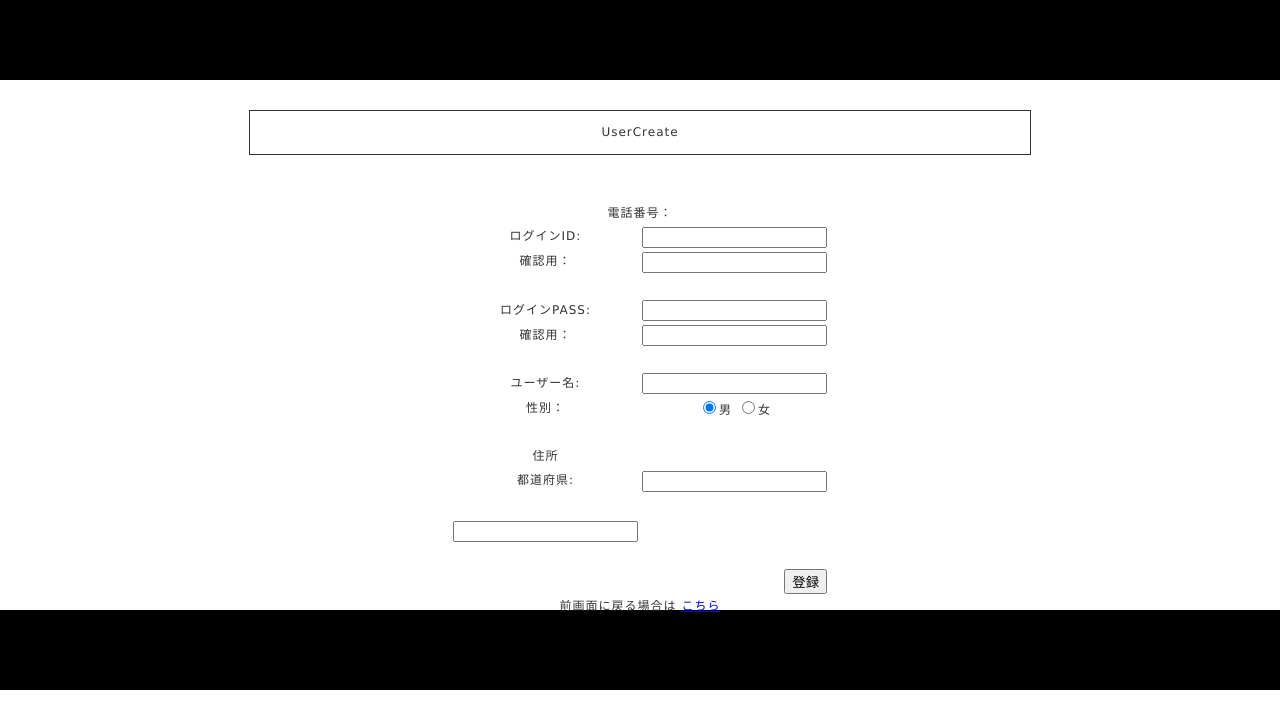
Repository: rt-1217/j2
Page: http://localhost/ecsite01/UserCreateAction.action
These files come from the project's save history. The page is drawn as it stood at one moment and after the next save; the edit follows.
The browser window is 1280 px wide. The pictures show the whole page.
The page is served by Tomcat 9. Other server files are loaded and not shown.

Above is the page before, as saved 2018-05-16 02:46:18.

### ecsite01/WebContent/userCreate.jsp
<%@ page language="java" contentType="text/html; charset=UTF-8"
    pageEncoding="UTF-8"%>
    <%@ taglib prefix="s" uri="/struts-tags" %>
<!DOCTYPE html PUBLIC "-//W3C//DTD HTML 4.01 Transitional//EN" "http://www.w3.org/TR/html4/loose.dtd">
<html>
<head>
<meta http-equiv="Content-Type" content="text/html; charset=UTF-8">
<meta http-equiv="Content-Type" content="text/html; charset=utf-8" />
<meta http-equiv="Content-Style-Type" content="text/css" />
<meta http-equiv="Content-Script-Type" content="text/javascript" />
<meta http-equiv="imagetoolbar" content="no" />
<meta name="description" content="" />
<meta name="keywords" content="" />
<title>UserCreate画面</title>
<style type="text/css">
/* ========TAG LAYOUT======== */
body {
margin:0;
padding:0;
line-height:1.6;
letter-spacing:1px;
font-family:Verdana, Helvetica, sans-serif;
font-size:12px;
color:#333;
background:#fff;
}
table {
text-align:center;
margin:0 auto;
}
/* ========ID LAYOUT======== */
#top {
width:780px;
margin:30px auto;
border:1px solid #333;
}
#header {
width: 100%;
height: 80px;
background-color: black;
}
#main {
width: 100%;
height: 500px;
text-align: center;
}
#footer {
width: 100%;
height: 80px;
background-color: black;
clear:both;
}
</style>
</head>

<body>
<div id="header">
<div id="pr">
</div></div>
<div id="main">
<div id="top">
<p>UserCreate</p>
</div>
<div>
<s:if test="errorMessage !=''">
<s:property value ="errorMessage" escape="false"/>
</s:if>
<table>
<s:form action ="UserCreateConfirmAction">
<tr>
<td>
<label>ログインID:</label>
</td>
<td>
<input type="text" name="loginUserId" value="" />
</td>
</tr>

<tr><td>
<label>確認用：</label>
</td>
<td>
<input type= "text" name="checkLoginId" value="" />
</td></tr>
<tr>
<td><br>
</td>
</tr>



<tr>
<td>
<label>ログインPASS:</label>
</td><td>
<input type="text" name="loginPassword" value=""/>
</td>
</tr>
<tr>
<td>

<label>確認用：</label>
</td>
<td>
<input type="text" name="checkPassword" value="" />
</td></tr>
<tr><td>
<br>
</td> </tr>
<tr><td>


<label>ユーザー名:</label>
</td>
<td>
<input type ="text" name="userName" value=""/>
</td>
</tr>

<tr><td>
<label>性別：</label>
</td>
<td>
<input type="radio" name="sex" value="男" checked="checked">男
<input type="radio" name="sex" value="女">女
</td>
</tr>
<tr><td>
<br>

</td></tr>
<tr><td>
<label>住所</label>
</td></tr>
<tr><td>
<label>都道府県:</label>
</td>
<td>
<input type="text" name="userAddress" value=""/>
</td></tr>
<tr><td>
<br>
</tr> </br>
<tr><tr>
<label>電話番号：</label>
</td>
<td>
<input type="text" name="tell" value="" />
</td></tr>
<tr><td>
<br>
</td></tr>
<s:submit value="登録"/>
</s:form>



</table>

<div>
<span>前画面に戻る場合は</span>
<a href='<s:url action="HomeAction"/>'>こちら</a>


</div>

</div>




</div>
<div id="footer">
<div id="pr">
</div></div>

</body>
</html>

After the next save:
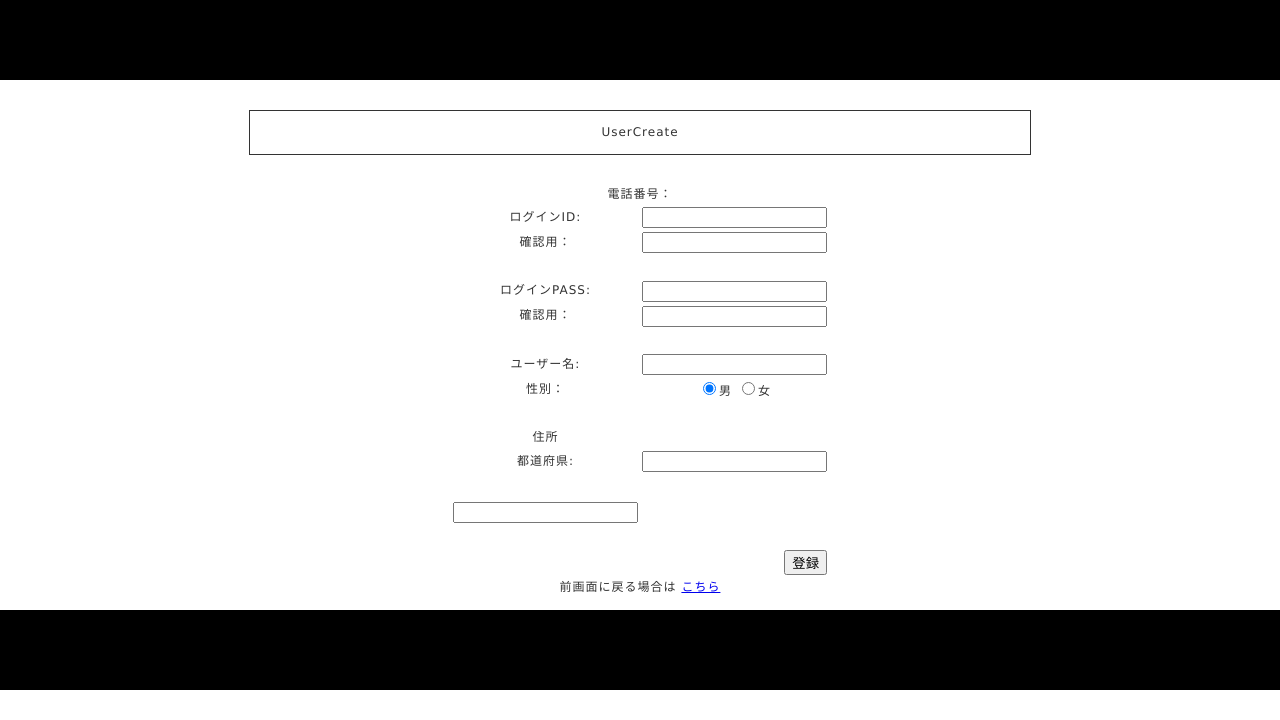
Saved 20 s later.
--- a/ecsite01/WebContent/userCreate.jsp
+++ b/ecsite01/WebContent/userCreate.jsp
@@ -140,7 +140,7 @@ clear:both;
 </td></tr>
 <tr><td>
 <br>
-</tr> </br>
+</tr> </td>
 <tr><tr>
 <label>電話番号：</label>
 </td>
